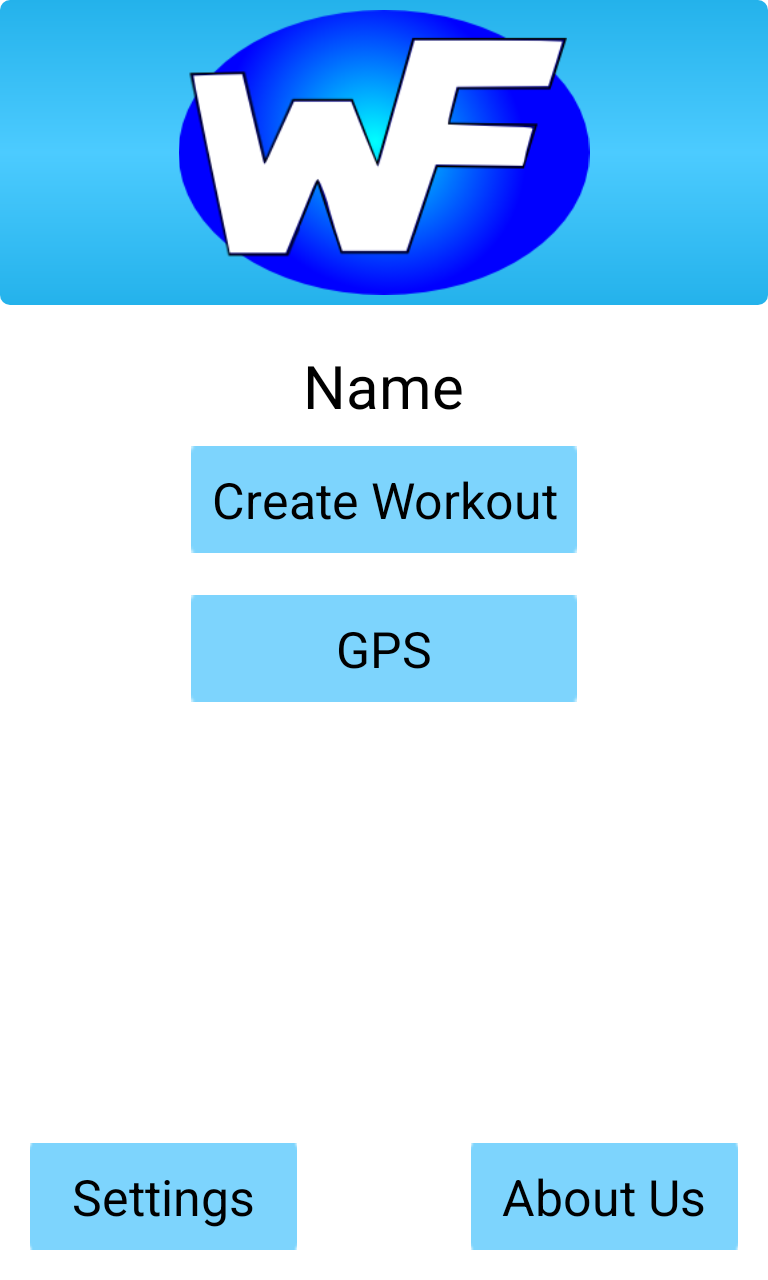
Repository: jwisch91/CS390-Project
Layout: workspace/testing/res/layout/main_menu.xml
The author's editor kept a copy of each file at every save. The layout is drawn from the files as they stood at one save, then again after the next save.
It is drawn on a 768 x 1280 px phone screen (xhdpi) without system bars, with theme android:Theme.Light; the app's code is not run.

Above is the layout before, as saved 2013-04-14 22:57:15.

### workspace/testing/res/layout/main_menu.xml
<?xml version="1.0" encoding="utf-8"?>
<ScrollView
  xmlns:android="http://schemas.android.com/apk/res/android"
  android:layout_width="fill_parent"
  android:layout_height="fill_parent"
  android:fillViewport="true"
  android:id="@+id/Main_menu">

<RelativeLayout
    android:layout_width="fill_parent"
    android:layout_height="fill_parent"
    android:layout_weight="0.80"
    android:background="#ffffff" >

    <!-- Header  Starts -->

    <LinearLayout
        android:id="@+id/header"
        android:layout_width="fill_parent"
        android:layout_height="wrap_content"
        android:background="@layout/header_gradient"
        android:paddingBottom="5dip"
        android:paddingTop="5dip" >

        <!-- Logo Start -->

        <ImageView
            android:layout_width="fill_parent"
            android:layout_height="wrap_content"
            android:layout_gravity="center"
            android:src="@drawable/logo" />
        <!-- Logo Ends -->
    </LinearLayout>
    <!-- Header Ends -->

    <TextView
        android:id="@+id/Welcome"
        android:layout_width="wrap_content"
        android:layout_height="wrap_content"
        android:layout_below="@+id/header"
        android:layout_centerHorizontal="true"
        android:layout_marginBottom="10dp"
        android:layout_marginTop="20dp"
        android:text="Name"
        android:textColor="#000000"
        android:textSize="30dip" />

    <Button
        android:id="@+id/Workout_Button"
        android:layout_width="wrap_content"
        android:layout_height="wrap_content"
        android:layout_below="@+id/Welcome"
        android:layout_centerHorizontal="true"
        android:background="@drawable/blue"
        android:padding="10dip"
        android:text="Create Workout"
        android:textSize="25dip" />

    <Button
        android:id="@+id/GPS_Button"
        android:layout_width="200dip"
        android:layout_height="wrap_content"
        android:layout_alignLeft="@+id/Workout_Button"
        android:layout_alignRight="@+id/Workout_Button"
        android:layout_below="@+id/Workout_Button"
        android:layout_marginTop="21dp"
        android:background="@drawable/blue"
        android:padding="10dip"
        android:text="GPS"
        android:textSize="25dip" />

    <Button
        android:id="@+id/Settings"
        android:layout_width="wrap_content"
        android:layout_height="wrap_content"
        android:layout_alignParentBottom="true"
        android:layout_alignParentLeft="true"
        android:layout_marginBottom="15dp"
        android:layout_marginLeft="15dp"
        android:background="@drawable/blue"
        android:padding="10dip"
        android:text="Settings"
        android:textSize="25dip" />

    <Button
        android:id="@+id/About_Us"
      	android:layout_width="wrap_content"
        android:layout_height="wrap_content"
        android:layout_alignParentBottom="true"
        android:layout_marginBottom="15dp"
        android:layout_alignParentRight="true"
        android:layout_marginRight="15dp"
        android:background="@drawable/blue"
        android:padding="10dip"
        android:text="About Us"
        android:textSize="25dip" />

</RelativeLayout>

</ScrollView>

Loaded but not shown: workspace/testing/res/layout/header_gradient.xml (common file)

After the next save:
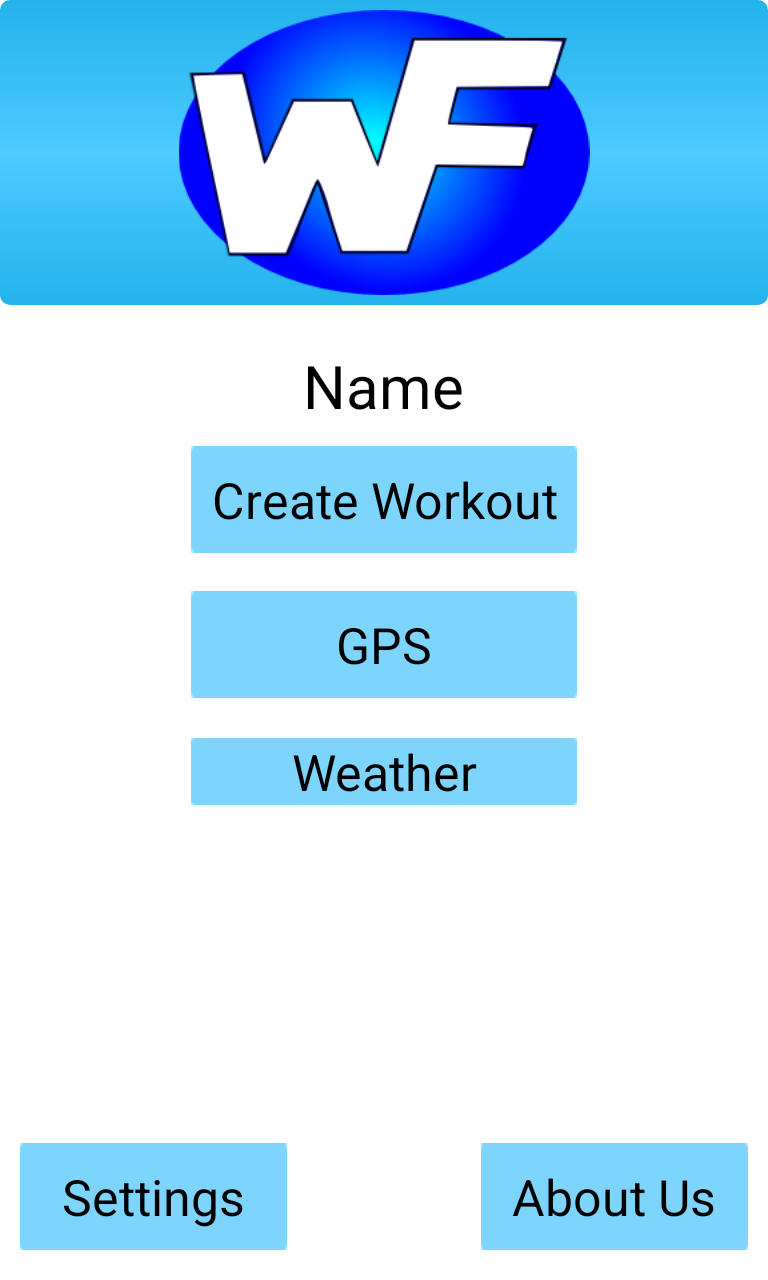
Saved 5 h 8 min later.
--- a/workspace/testing/res/layout/main_menu.xml
+++ b/workspace/testing/res/layout/main_menu.xml
@@ -57,26 +57,13 @@
         android:textSize="25dip" />
 
     <Button
-        android:id="@+id/GPS_Button"
-        android:layout_width="200dip"
-        android:layout_height="wrap_content"
-        android:layout_alignLeft="@+id/Workout_Button"
-        android:layout_alignRight="@+id/Workout_Button"
-        android:layout_below="@+id/Workout_Button"
-        android:layout_marginTop="21dp"
-        android:background="@drawable/blue"
-        android:padding="10dip"
-        android:text="GPS"
-        android:textSize="25dip" />
-
-    <Button
         android:id="@+id/Settings"
         android:layout_width="wrap_content"
         android:layout_height="wrap_content"
         android:layout_alignParentBottom="true"
         android:layout_alignParentLeft="true"
         android:layout_marginBottom="15dp"
-        android:layout_marginLeft="15dp"
+        android:layout_marginLeft="10dp"
         android:background="@drawable/blue"
         android:padding="10dip"
         android:text="Settings"
@@ -84,17 +71,42 @@
 
     <Button
         android:id="@+id/About_Us"
-      	android:layout_width="wrap_content"
+        android:layout_width="wrap_content"
         android:layout_height="wrap_content"
         android:layout_alignParentBottom="true"
+        android:layout_alignParentRight="true"
         android:layout_marginBottom="15dp"
-        android:layout_alignParentRight="true"
-        android:layout_marginRight="15dp"
+        android:layout_marginRight="10dp"
         android:background="@drawable/blue"
         android:padding="10dip"
         android:text="About Us"
         android:textSize="25dip" />
 
+    <Button
+        android:id="@+id/Weather"
+        android:layout_width="200dip"
+        android:layout_height="wrap_content"
+        android:layout_alignLeft="@+id/GPS_Button"
+        android:layout_alignRight="@+id/GPS_Button"
+        android:layout_below="@+id/GPS_Button"
+        android:layout_marginTop="20dp"
+        android:background="@drawable/blue"
+        android:text="Weather"
+        android:textSize="25dip" />
+
+    <Button
+        android:id="@+id/GPS_Button"
+        android:layout_width="200dip"
+        android:layout_height="wrap_content"
+        android:layout_alignLeft="@+id/Workout_Button"
+        android:layout_alignRight="@+id/Workout_Button"
+        android:layout_below="@+id/Workout_Button"
+        android:layout_marginTop="19dp"
+        android:background="@drawable/blue"
+        android:padding="10dip"
+        android:text="GPS"
+        android:textSize="25dip" />
+
 </RelativeLayout>
 
 </ScrollView>
